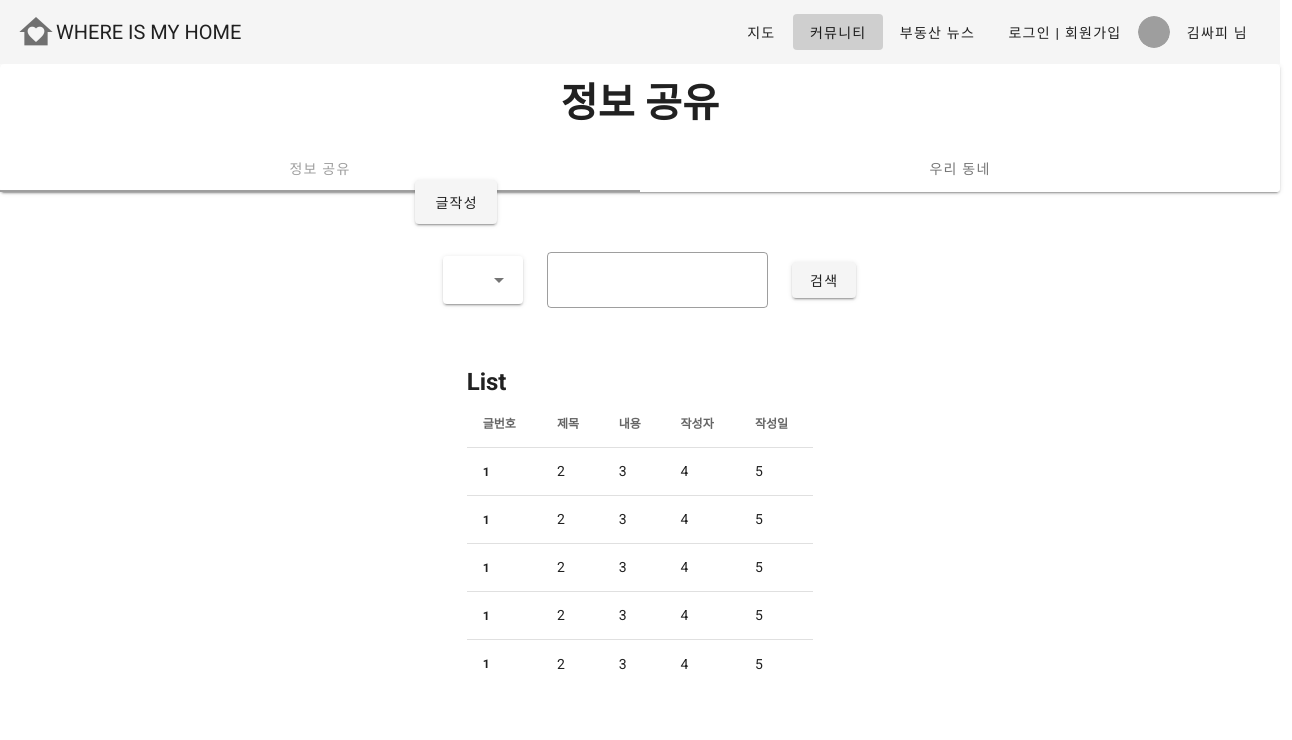
Repository: misso88/vue-whereIsMyHome
Page: /community/list
These files come from the project's save history. The page is drawn as it stood at one moment and after the next save; the edit follows.
The browser window is 1280 px wide. The page is 1292 px wide, so the pictures cover 1292 px, including what lies to the right of the window. The pictures show the whole page.
Pictures or frames that could not be fetched are drawn as grey boxes. The project was rebuilt for these pictures with package versions that can differ from the ones it lists, and the page was loaded fresh each time. Also part of the build but not shown: vue.config.js, src/components/house/map/filter/LocationSelect.vue, src/components/house/HouseSearch.vue, src/views/AppMain.vue, src/components/house/sidebar/HouseListItem.vue, src/components/house/sidebar/HouseList.vue, src/components/house/sidebar/HouseListFilter.vue, src/components/house/sidebar/HouseSidebar.vue and 3 more. Imported but missing from the stored project, and not drawn on this page: src/assets/main.mp4.

Above is the page before, as saved 2022-11-17 17:30:54.

### public/index.html
<!DOCTYPE html>
<html lang="en">
  <head>
    <meta charset="utf-8" />
    <meta http-equiv="X-UA-Compatible" content="IE=edge" />
    <meta name="viewport" content="width=device-width,initial-scale=1.0" />
    <link rel="icon" href="<%= BASE_URL %>favicon.ico" />
    <title><%= htmlWebpackPlugin.options.title %></title>
    <link
      rel="stylesheet"
      href="https://fonts.googleapis.com/css?family=Roboto:100,300,400,500,700,900"
    />
    <link
      rel="stylesheet"
      href="https://cdn.jsdelivr.net/npm/@mdi/font@latest/css/materialdesignicons.min.css"
    />
    <link
      rel="stylesheet"
      href="https://fonts.googleapis.com/css?family=Roboto:100,300,400,500,700,900"
    />
    <link
      rel="stylesheet"
      href="https://cdn.jsdelivr.net/npm/@mdi/font@latest/css/materialdesignicons.min.css"
    />
    <!-- <style>
      html{
        overflow-y: hidden !important;
      }
    </style> -->
  </head>
  <body>
    <noscript>
      <strong
        >We're sorry but <%= htmlWebpackPlugin.options.title %> doesn't work properly without
        JavaScript enabled. Please enable it to continue.</strong
      >
    </noscript>
    <div id="app"></div>
    <!-- built files will be auto injected -->
  </body>
</html>

### src/App.vue
<template>
  <v-app>
    <the-header></the-header>
    <router-view></router-view>
  </v-app>
</template>

<script>
import TheHeader from "@/components/layout/TheHeader";

export default {
  name: "App",
  components: {
    TheHeader,
  },
};
</script>

### src/router/index.js
import Vue from 'vue'
import VueRouter from 'vue-router'

import AppMain from '@/views/AppMain'
import AppHouse from '@/views/AppHouse'
// import AppCommunity from '@/views/AppCommunity'
// import AppNews from '@/views/AppNews'
// import AppMember from '@/views/AppMember'


Vue.use(VueRouter);

const routes = [
  {
    path: '/',
    name: 'main',
    component: AppMain
  },
  {
    path: '/map',
    name: 'map',
    component: AppHouse
  },
  {
    path: '/community',
    name: 'community',
    component: () => import("@/views/AppCommunity"),
    children: [
      {
        path: "list",
        name: "boardlist",
        component: () => import("@/components/board/BoardList")
      },
    ],
  },
  {
    path: '/news',
    name: 'news',
    component: () => import("@/views/AppNews")
  },
  // {
  //   path: '/house',
  //   name: 'house',
  //   component: () => import("@/views/AppHouse"),
  //   children: [
  //     {
  //       path: "login",
  //       name: "login",
  //       component: () => import("@/components/member/MemberLogin")
  //     },
  //     {
  //       path: "join",
  //       name: "join",
  //       component: () => import("@/components/member/MemberJoin")
  //     },
  //   ]
  // },
  {
    path: '/member',
    name: 'member',
    component: () => import("@/views/AppMember"),
    children: [
      {
        path: "login",
        name: "login",
        component: () => import("@/components/member/MemberLogin")
      },
      {
        path: "join",
        name: "join",
        component: () => import("@/components/member/MemberJoin")
      },
    ]
  },
  {
    path: "/profile",
    name: "profile",
    component: () => import("@/views/TempProfile"),
    children: [
      {
        path: "mypage",
        name: "mypage",
        component: () => import("@/components/profile/ProfileMypage")
      },
      {
        path: "wishlist",
        name: "wishlist",
        component: () => import("@/components/profile/ProfileWishlist")
      },
      {
        path: "notice",
        name: "notice",
        component: () => import("@/components/profile/ProfileNotice")
      },
      {
        path: "helpcenter",
        name: "helpcenter",
        component: () => import("@/components/profile/ProfileHelpcenter")
      },
    ]
  },
]

const router = new VueRouter({
  mode: 'history',
  base: process.env.BASE_URL,
  routes,
})

export default router;

### src/store/index.js
import Vue from 'vue'
import Vuex from 'vuex'
import createPersistedState from "vuex-persistedstate";

Vue.use(Vuex)

export default new Vuex.Store({
  state: {
    mainWidth: 7,
    communityTab: null,
    options: []
  },
  getters: {
    mainWidth(state) {
      return state.mainWidth;
    }
  },
  mutations: {
    SET_COMMUNITY_TAB (state, communityTab) {
      state.communityTab = communityTab;
    },
    SET_OPTIONS (state, options) {
      state.options = options;
    },
  },
  actions: {
  },
  modules: {},
  plugins: [
    createPersistedState({
      // 브라우저 종료시 제거하기 위해 localStorage가 아닌 sessionStorage로 변경. (default: localStorage)
      storage: sessionStorage,
    }),
  ],

})

### src/plugins/vuetify.js
import Vue from 'vue';
import Vuetify from 'vuetify/lib';

Vue.use(Vuetify);

export default new Vuetify({
    icons: {
        iconfont: 'mdiSvg', // 'mdi' || 'mdiSvg' || 'md' || 'fa' || 'fa4' || 'faSvg'
    },
});

### src/components/layout/TheHeader.vue
<template>
  <v-app-bar app elevation="0" absolute clipped-left>

        <router-link style="text-decoration:none"
    :to="{ name: 'main' }"
    ><v-icon x-large>mdi-home-heart</v-icon></router-link>
    <v-toolbar-title default>
      WHERE IS MY HOME
    </v-toolbar-title>

    <v-spacer></v-spacer>

    <v-btn
        v-for="menu in menus"
        :key="menu.link"
        text
        :to="{ name: menu.link }"
      >
        {{ menu.value }}
    </v-btn>

    <!-- 프로필 -->
    <v-avatar
      size="32"
    >
      <img
        src="https://cdn.vuetifyjs.com/images/john.jpg"
        alt="John">
    </v-avatar>
    <v-menu offset-y>
      <template v-slot:activator="{ on, attrs }">
        <v-btn
          color="transparent"
          elevation="0"
          v-bind="attrs"
          v-on="on"
        >
          김싸피 님
          <!-- 프로필 이미지 -->
        </v-btn>
      </template>
      <v-list>
        <v-list-item
          v-for="(item, index) in profile"
          :key="index"
        >
          <router-link :to="{ name: item.name}" > {{ item.title }}</router-link>
        </v-list-item>
      </v-list>
    </v-menu>
  </v-app-bar>
</template>

<script>
export default {
    name: "TheHeader",
    data() {
        return {
          menus: [],
          profile: []
        };
    },
    created() {
      this.menus = [
        {
          link: 'map',
          value: "지도"
        },
        {
          link: 'community',
          value: "커뮤니티"
        },
        {
          link: 'news',
          value: "부동산 뉴스"
        },
        {
          link: 'login',
          value: "로그인 | 회원가입"
        },
      ],
      this.profile = [
        {
          name: 'mypage',
          title: "내정보"
        },
        {
          name: 'wishlist',
          title: "찜 목록"
        },
        {
          name: 'notice',
          title: "공지사항"
        },
        {
          name: 'helpcenter',
          title: "고객센터"
        },
        {
          name: 'mypage',
          title: "로그아웃"
        },
      ]
    }
}
</script>

<style>

</style>

### src/views/AppCommunity.vue
<template>
  <v-main>
    <board-header></board-header>
    <v-row>
    <v-spacer/>
    <v-col cols="mainWidth">
      <v-row align="center" justify="space-between">
        <v-btn large>글작성</v-btn>
        <search-bar></search-bar>
      </v-row>
      <!-- <router-view></router-view> -->
      <board-list></board-list>
      </v-col>
   <v-spacer/>
    </v-row>
  </v-main>
</template>

<script>
import BoardHeader from "@/components/board/BoardHeader.vue";
import SearchBar from "@/components/layout/SearchBar.vue";
import BoardList from "@/components/board/BoardList.vue";

export default {
  name: "AppCommunity",
  components: { BoardHeader, SearchBar, BoardList },
  data() {
    return {
      mainWidth: this.$store.getters.mainWidth,
      options: [
        {
          text:"제목",
          value:"title",
        },
        {
          text:"내용",
          value:"contents"
        },
        {
          text:"작성자",
          value:"author"
        },
      ]
    };
  },
  created() {
    console.log("cr", this.mainWidth);
  }
};
</script>

<style>

</style>

### src/components/board/BoardList.vue
<template>
<div class="ma-10">
    <h2>List {{ getTab }}</h2>
    <v-simple-table>
        <thead>
            <tr>
                <th v-for="header in headers" :key="header">{{header}}</th>
            </tr>
        </thead>
        <tbody>
            <board-list-item v-for="item in 5" :key="item"></board-list-item>
        </tbody>
    </v-simple-table>
</div>
</template>

<script>
import BoardListItem from "@/components/board/item/BoardListItem";

export default {
    name: "BoardList",
    data() {
        return {
            headers: [
                "글번호", "제목", "내용", "작성자", "작성일"
            ]
        }
    },
    components: {
        BoardListItem,
    },
    computed: {
        getTab(){
            return this.$store.state.communityTab;
        }
    }
}
</script>

<style>

</style>

### src/components/board/BoardHeader.vue
<template>
  <!-- <div>
    <h2>BoardHeader</h2>
    <button @click="a('1')">정보 공유</button>
    <button @click="a('2')">우리 동네</button>
  </div> -->
  <v-card>
    <v-card-title class="text-center justify-center py-6">
      <h1 class="font-weight-bold">
        {{tabs[tab].title}}
      </h1>
    </v-card-title>
    <v-tabs
      v-model="tab"
      color="grey"
      grow
    >
      <v-tab
        v-for="item in tabs"
        :key="item.type"
        @click="clickTab(item.type)"
        >
        {{ item.title }}
      </v-tab>
    </v-tabs>
  </v-card>
</template>

<script>
export default {
    name: "BoardHeader",
    data () {
      return {
        tab: 0,
        tabs: [
          {
            type: 0,
            title: "정보 공유"
          },
          {
            type: 1,
            title: "우리 동네"
          },
        ],
    }
  },
    methods: {
        clickTab(selectedTab){
          this.$store.commit("SET_COMMUNITY_TAB", selectedTab);
          this.$router.replace({
                name: "boardlist",
          });
        },
    },
};
</script>

<style>

</style>

### src/components/layout/SearchBar.vue
<template>
<div>
  <v-row class="ma-2 pa-2" align="center">
    <v-col cols="3">
      <v-select
        v-model="select"
        :items="getOptions"
        solo
        hide-details
      ></v-select>
    </v-col>
    <v-col cols="7">
      <v-text-field
        v-model="word"
        type="text"
        outlined
        hide-details ></v-text-field>
    </v-col>
    <v-col cols="2">
      <v-btn width="100%">검색</v-btn>
    </v-col>
  </v-row>
</div>
</template>

<script>
export default {
  name: "BoardSearch",
  data() {
    return {
      select:
      {
        text:"제목",
        value:"title",
      },
      word: "",
    };
  },
  computed: {
    getOptions(){
      return this.$store.state.options;
    },
  }
}
</script>

<style>

</style>

### src/components/board/item/BoardListItem.vue
<template>
  <tr>
    <th>1</th>
    <td>2</td>
    <td>3</td>
    <td>4</td>
    <td>5</td>
  </tr>
</template>

<script>
export default {
    name: "BoardListItem"
}
</script>

<style>

</style>

Loaded but not shown: src/main.js (common file)

After the next save:
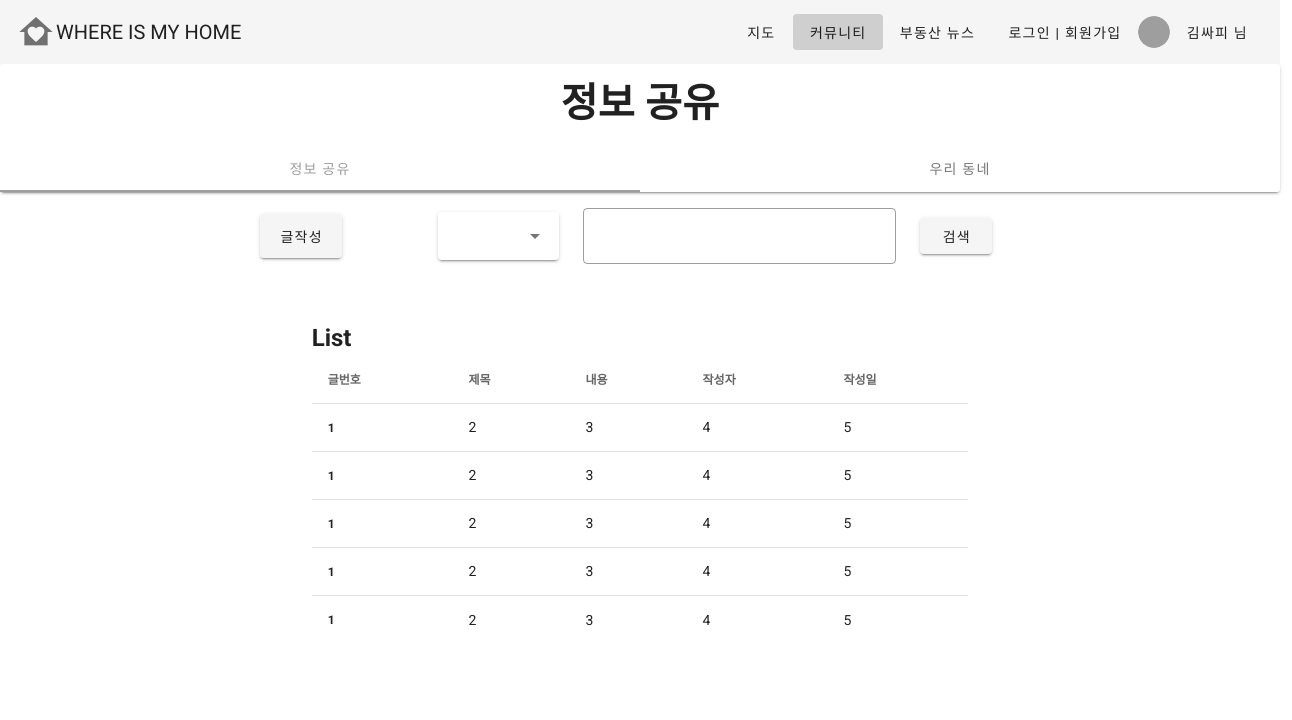
Saved 5 s later.
--- a/src/views/AppCommunity.vue
+++ b/src/views/AppCommunity.vue
@@ -3,7 +3,7 @@
     <board-header></board-header>
     <v-row>
     <v-spacer/>
-    <v-col cols="mainWidth">
+    <v-col :cols="mainWidth">
       <v-row align="center" justify="space-between">
         <v-btn large>글작성</v-btn>
         <search-bar></search-bar>
